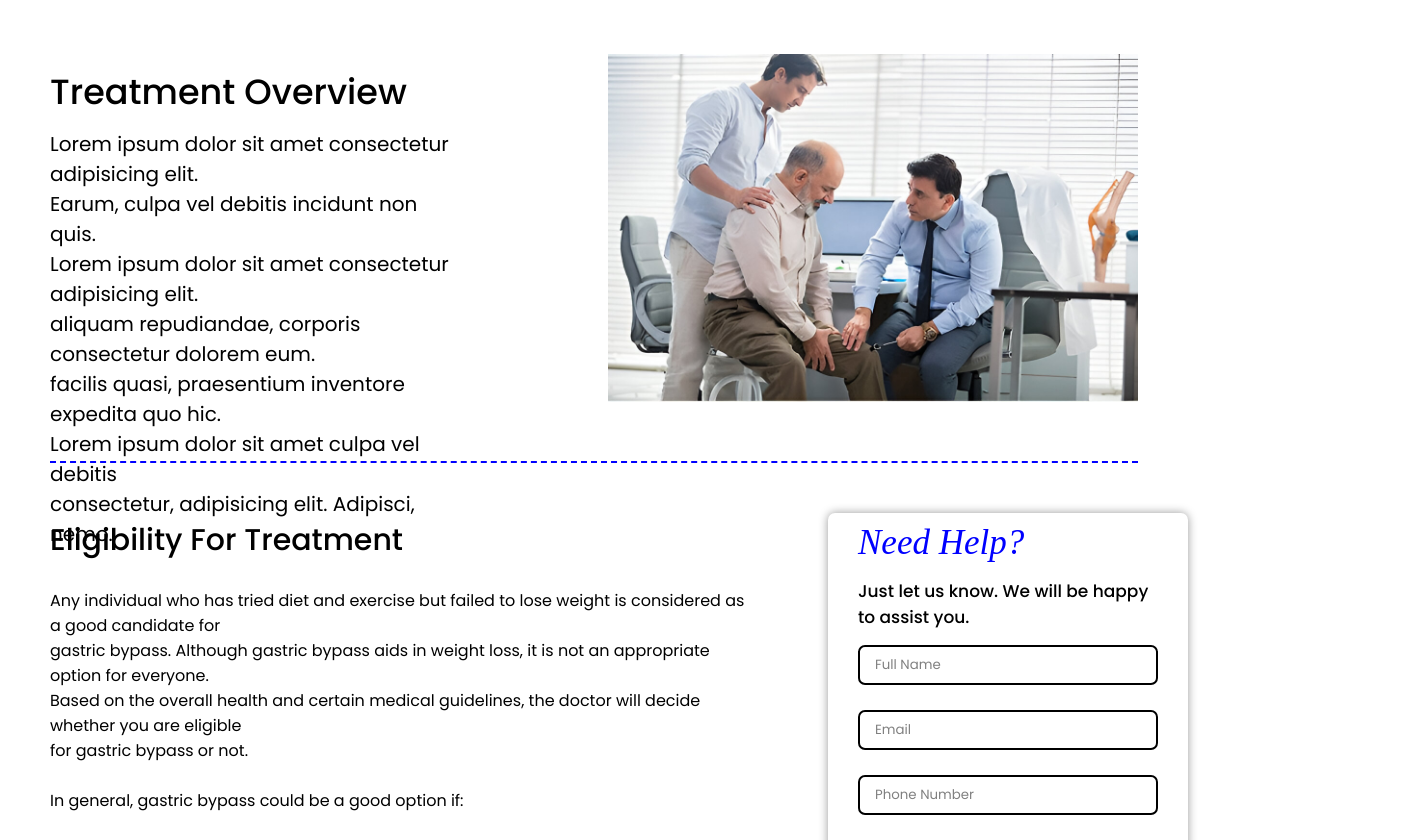
Repository: hetuk2005/webDevelopment
Page: Projects/Aafiya.html
The author's editor kept a copy of each file at every save. The page is drawn from the files as they stood at one save, then again after the next save.
The browser window is 1280 px wide. The page is 1420 px wide, so the pictures cover 1420 px, including what lies to the right of the window. The pictures show the part of the page from y = 620 to 1460 px (the page is 7844 px tall).
Some web fonts or font styles are not loaded; a fallback is used.

Above is the page before, as saved 2025-04-14 16:05:16.

After the next save:
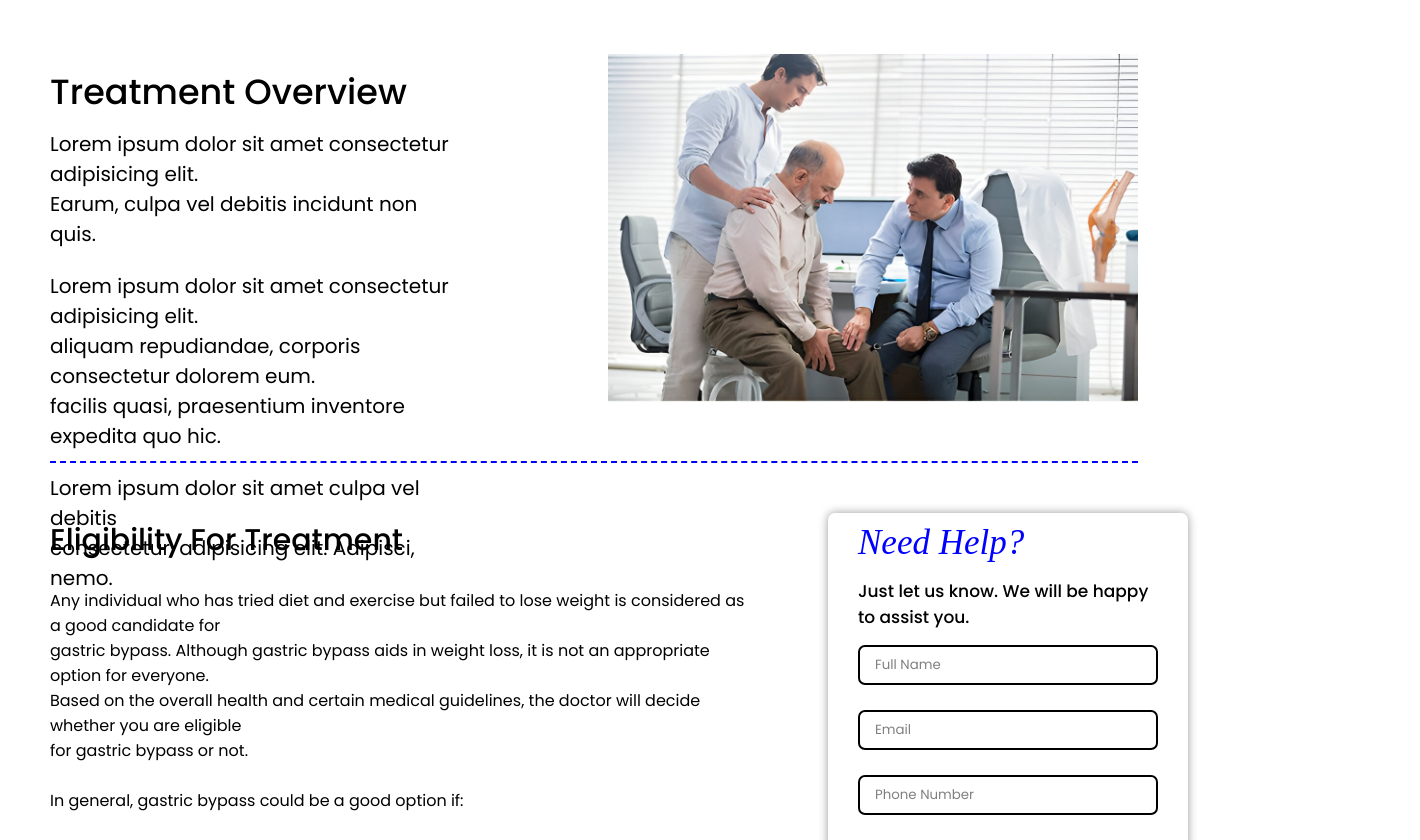
Saved 36 s later.
--- a/Projects/Aafiya.html
+++ b/Projects/Aafiya.html
@@ -86,7 +86,9 @@
         <div class="treatment_text">
             <h3>Treatment Overview</h3>
             <p>
-                Lorem ipsum dolor sit amet consectetur adipisicing elit.<br /> Earum, culpa vel debitis incidunt non quis.<br> Lorem ipsum dolor sit amet consectetur adipisicing elit.<br /> aliquam repudiandae, corporis consectetur dolorem eum.<br />                facilis quasi, praesentium inventore expedita quo hic.<br> Lorem ipsum dolor sit amet culpa vel debitis<br /> consectetur, adipisicing elit. Adipisci, nemo.
+                Lorem ipsum dolor sit amet consectetur adipisicing elit.<br /> Earum, culpa vel debitis incidunt non quis.
+                <p>Lorem ipsum dolor sit amet consectetur adipisicing elit.<br /> aliquam repudiandae, corporis consectetur dolorem eum.<br /> facilis quasi, praesentium inventore expedita quo hic.</p>
+                <p>Lorem ipsum dolor sit amet culpa vel debitis<br /> consectetur, adipisicing elit. Adipisci, nemo.</p>
             </p>
         </div>
         <div class="treatment_img">
